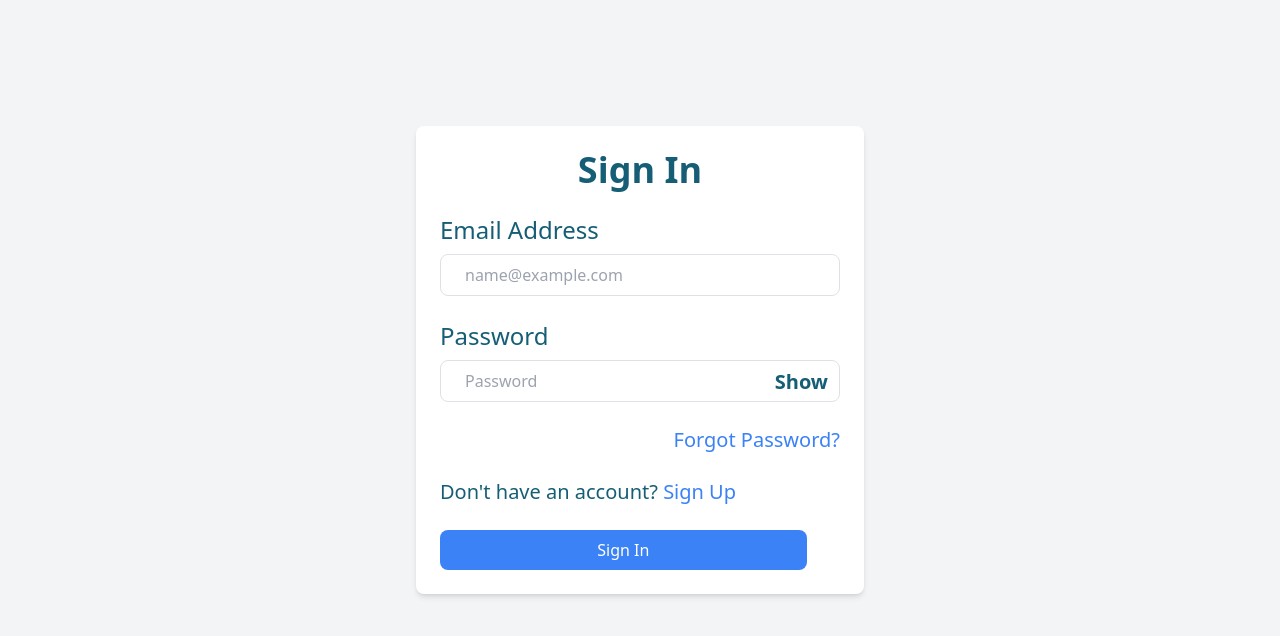
Repository: sayyad-mukthumsa-123/Movie-Verse
Page: /login (app in frontend/)
These files come from the project's save history. The page is drawn as it stood at one moment and after the next save; the edit follows.
The browser window is 1280 px wide. The pictures show the whole page.
The page's requests for data from a server got no answer. The project was rebuilt for these pictures with package versions that can differ from the ones it lists, and the page was loaded fresh each time. No one was signed in, and anything a server would have sent is missing. Also part of the build but not shown: frontend/src/pages/Home.jsx, frontend/src/components/Navbar.jsx, frontend/src/components/Cards.jsx, frontend/src/pages/Home_Login.jsx, frontend/src/components/AvatarSelection.jsx, frontend/src/pages/Register.jsx, frontend/src/pages/MovieDetail.jsx, frontend/src/components/SearchBar.jsx and 13 more.

Above is the page before, as saved 2025-01-23 21:29:02.

After the next save:
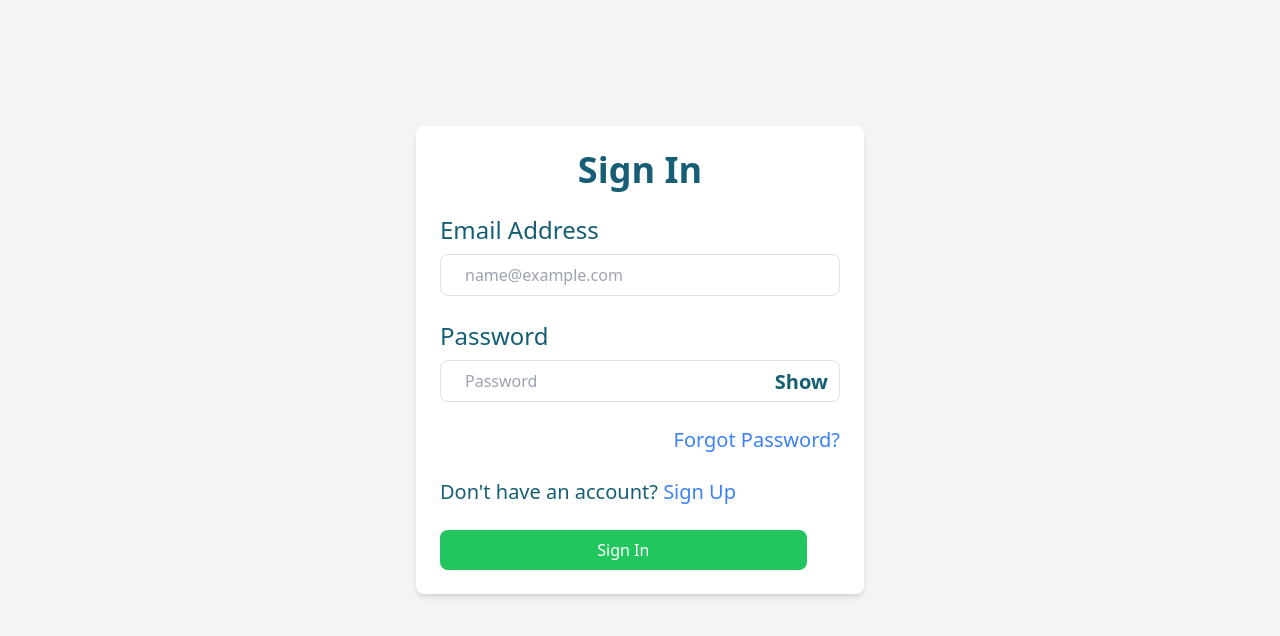
Saved 12 s later.
--- a/frontend/src/pages/Login.jsx
+++ b/frontend/src/pages/Login.jsx
@@ -540,7 +540,7 @@ const Login = () => {
           </div>
           <button
             type="submit"
-            className="w-11/12 bg-blue-500 text-white py-2 px-4 rounded-lg hover:bg-blue-600 focus:outline-none focus:ring focus:ring-blue-300"
+            className="w-11/12 bg-green-500 text-white py-2 px-4 rounded-lg hover:bg-blue-600 focus:outline-none focus:ring focus:ring-blue-300"
           >
             Sign In
           </button>
